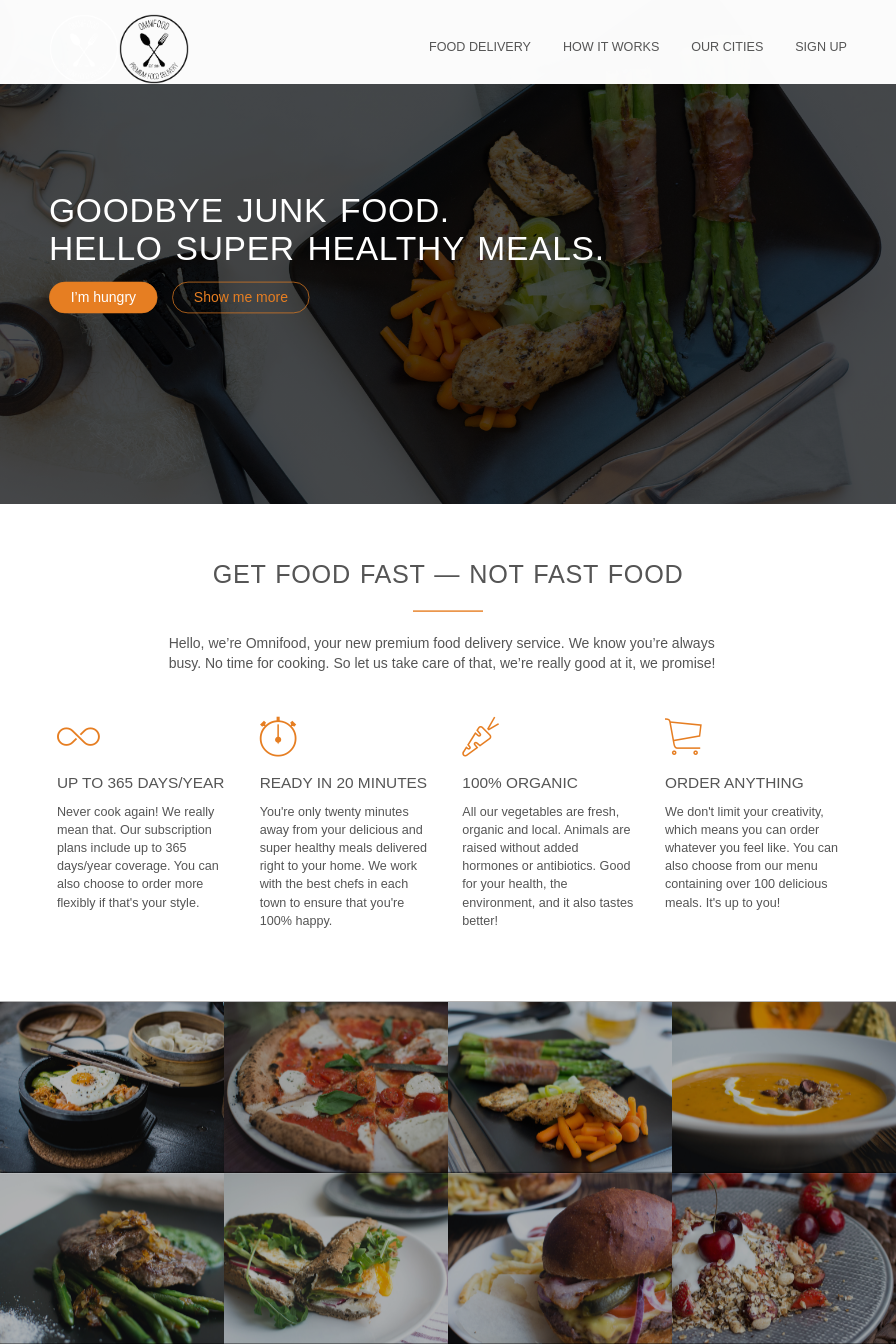
Repository: pboi18/E-Foods
Page: index.html
An editor plug-in stored every save of this project. The page is shown before and after the next save, followed by the edit.
The browser window is 1280 px wide. The pictures show the part of the page from y = 0 to 1920 px (the page is 5416 px tall), at 70% of full size.
Backgrounds fixed to the window are drawn as part of the page. Some web libraries are served in a nearby version.

Above is the page before, as saved 2020-07-25 14:33:28.

### index.html
<!DOCTYPE html>
<html lang="en">
   <head>
      <meta name="viewport" content="width=device-width, initial-scale=1.0">
      <meta http-equiv="Content-Type" content="text/html;charset=UTF-8">
      <link rel="stylesheet" href="vendors/css/normalize.css">
      <link rel="stylesheet" href="vendors/css/7.1 Grid.css">
      <link rel="stylesheet" href="vendors/css/ionicons.min.css">
      <link rel="stylesheet" href="resources/css/style.css">
      <link rel="stylesheet" href="resources/css/quaries.css">
      <link href='http://fonts.googleapis.com/css?family=Lato:100,300,400,300italic' rel='stylesheet' type='text/css'>
      <title>Ominifoods</title>
   </head>

   <body>
      <header>
         <nav class="sticky">
               <div class="row">
                  <img src="resources/img/logo-white.png" alt="Ominifood logo" class="logo">
                  <img src="resources/img/logo.png" alt="Ominifood logo" class="logo">

                  <ul class="main-nav">
                     <li><a href="#">Food delivery</a></li>
                     <li><a href="#">How it works</a></li>
                     <li><a href="#">Our cities</a></li>
                     <li><a href="#">Sign up</a></li>
                  </ul>

               </div>
         </nav>
         <div class="hero-text-box">
               <h1>Goodbye junk food. <br> Hello super healthy meals.</h1>
               <a href="#" class="btn btn-full">I’m hungry </a>
               <a href="#" class="btn btn-ghost">Show me more </a>
         </div>

      </header>

      <section class="section-features">
         <div class="row">
               <h2>Get food fast &mdash; not fast food</h2>
               <p class="long-copy">
                  Hello, we’re Omnifood, your new premium food delivery service. We know you’re always busy. No time for cooking. So let us take care of that, we’re really good at it, we promise!
               </p>
         </div>

         <div class="row">
               <div class="col span-1-of-4 box">
                  <i class="ion-ios-infinite-outline icon-big"></i>
                  <h3>Up to 365 days/year</h3>
                  <p>
                     Never cook again! We
                     really mean that. Our subscription
                     plans include up to 365
                     days/year coverage. You can
                     also choose to order more
                     flexibly if that's your style.
                  </p>
               </div>

               <div class="col span-1-of-4 box">
                  <i class="ion-ios-stopwatch-outline icon-big"></i>
                  <h3>Ready in 20 minutes</h3>
                  <p>
                     You're only twenty minutes
                     away from your delicious and
                     super healthy meals delivered
                     right to your home. We work
                     with the best chefs in each
                     town to ensure that you're
                     100% happy.
                  </p>
               </div>

               <div class="col span-1-of-4 box">
                  <i class="ion-ios-nutrition-outline icon-big"></i>
                  <h3>100% organic</h3>
                  <p>
                     All our vegetables are fresh, organic and local. Animals are raised without added hormones or antibiotics. Good for your health, the environment, and it also tastes better!
                  </p>
               </div>

               <div class="col span-1-of-4 box">
                  <i class="ion-ios-cart-outline icon-big"></i>
                  <h3>Order anything</h3>
                  <p>
                     We don't limit your creativity, which means you can order whatever you feel like. You can also choose from our menu containing over 100 delicious meals. It's up to you!
                  </p>
               </div>
         </div>
      </section>

      <section class="section-meals">
         <ul class="meals-showcase clearfix">
               <li>
                  <figure class="meal-photo">
                     <img src="resources/img/1.jpg" alt="Korean bibimbap with egg and vegetables">
                  </figure>
               </li>
               <li>
                  <figure class="meal-photo">
                     <img src="resources/img/2.jpg" alt="Simple italian pizza with cherry tomatoes">
                  </figure>
               </li>
               <li>
                  <figure class="meal-photo">
                     <img src="resources/img/3.jpg" alt="Chicken breast steak with vegetables ">
                  </figure>
               </li>
               <li>
                  <figure class="meal-photo">
                     <img src="resources/img/4.jpg" alt="Autumn pumpkin soup">
                  </figure>
               </li>
         </ul>

         <ul class="meals-showcase clearfix">
               <li>
                  <figure class="meal-photo">
                     <img src="resources/img/5.jpg" alt="Paleo beef steak with vegetables">
                  </figure>
               </li>
               <li>
                  <figure class="meal-photo">
                     <img src="resources/img/6.jpg" alt="Healthy baguette with egg and vegetables">
                  </figure>
               </li>
               <li>
                  <figure class="meal-photo">
                     <img src="resources/img/7.jpg" alt="Burger with cheddar and bacon">
                  </figure>
               </li>
               <li>
                  <figure class="meal-photo">
                     <img src="resources/img/8.jpg" alt="Granola with cherries and strawberries">
                  </figure>
               </li>
         </ul>
      </section>

      <section class="section-steps">
         <div class="row">
               <h2>How it works &mdash; Simple as 1, 2, 3</h2>
         </div>
         <div class="row">
               <div class="col span-1-of-2 steps-box">
                  <img src="resources/img/app-iPhone.png" alt="Ominifood app on iphone" class="app-screen">
               </div>

               <div class="col span-1-of-2 steps-box">
                  <div class="works-step">
                     <div>1</div>
                     <p>Choose the subscription plan that best fits your needs and sign up today.</p>
                  </div>
                  <div class="works-step">
                     <div>2</div>
                     <p>Order your delicious meal using our mobile app or website. Or you can even call us!</p>
                  </div>
                  <div class="works-step">
                     <div>3</div>
                     <p>Enjoy your meal after less than 20 minutes. See you the next time!</p>
                  </div>

                  <a href="#" class="btn-app">
                     <img src="resources/img/download-app.png " alt="App Store Button">
                  </a>
                  <a href="#" class="btn-app" >
                     <img src="resources/img/download-app-android.png" alt="play Store Button">
                  </a>

               </div>
         </div>
      </section>


      <section class="section-cities">
         <div class="row">
            <h2>
               We're currently in these cities
            </h2>
         </div>

         <div class="row">
            <div class="col span-1-of-4 box">
               <img src="resources/img/lisbon-3.jpg" alt="Lisbon">
               <h3>Lisbon</h3>
               <div class="city-feature">
                  <i class="ion-ios-person icon-small"></i>
                  1600+ happy eaters
               </div>
               <div class="city-feature">
                  <i class="ion-ios-star icon-small"></i>
                  60+ top chefs
               </div>
               <div class="city-feature">
                  <i class="ion-social-twitter icon-small"></i>
                  <a href="#">@omnifood_lx</a>
               </div>
            </div>

            <div class="col span-1-of-4 box">
               <img src="resources/img/san-francisco.jpg" alt="San Francisco">
               <h3>San Francisco</h3>
               <div class="city-feature">
                  <i class="ion-ios-person icon-small"></i>
                  3700+ happy eaters
               </div>
               <div class="city-feature">
                  <i class="ion-ios-star icon-small"></i>
                  160+ top chefs
               </div>
               <div class="city-feature">
                  <i class="ion-social-twitter icon-small"></i>
                  <a href="#">@omnifood_sf</a>
               </div>
            </div>

            <div class="col span-1-of-4 box">
               <img src="resources/img/berlin.jpg" alt="Berlin">
               <h3>Berlin</h3>
               <div class="city-feature">
                  <i class="ion-ios-person icon-small"></i>
                  2300+ happy eaters
               </div>
               <div class="city-feature">
                  <i class="ion-ios-star icon-small"></i>
                  110+ top chefs
               </div>
               <div class="city-feature">
                  <i class="ion-social-twitter icon-small"></i>
                  <a href="#">@omnifood_berlin</a>
               </div>
            </div>

            <div class="col span-1-of-4 box">
               <img src="resources/img/london.jpg" alt="London">
               <h3>London</h3>
               <div class="city-feature">
                  <i class="ion-ios-person icon-small"></i>
                  1200+ happy eaters
               </div>
               <div class="city-feature">
                  <i class="ion-ios-star icon-small"></i>
                  50+ top chefs
               </div>
               <div class="city-feature">
                  <i class="ion-social-twitter icon-small"></i>
                  <a href="#">@omnifood_london</a>
               </div>
            </div>
         </div>


      </section>

      <section class="section-testimonials">
         <div class="row">
            <h2>Our customers can't live without us</h2>
         </div>

         <div class="row">
            <div class="col span-1-of-3">
               <blockquote>
                  Omnifood is just awesome! I just launched a startup which leaves me with no time for cooking, so Omnifood is a life-saver. Now that I got used to it, I couldn't live without my daily meals!
                  <cite><img src="resources/img/customer-1.jpg" alt="">Alberto Duncan</cite>
               </blockquote>
            </div>

            <div class="col span-1-of-3">
               <blockquote>
                  Inexpensive, healthy and great-tasting meals, delivered right to my home. We have lots of food delivery here in Lisbon, but no one comes even close to Omifood. Me and my family are so in love!
                  <cite><img src="resources/img/customer-2.jpg" alt="">Joana Silva</cite>
               </blockquote>
            </div>

            <div class="col span-1-of-3">
               <blockquote>
                  I was looking for a quick and easy food delivery service in San Franciso. I tried a lot of them and ended up with Omnifood. Best food delivery service in the Bay Area. Keep up the great work!
                  <cite><img src="resources/img/customer-3.jpg" alt="">Milton Chapman</cite>
               </blockquote>
            </div>
         </div>
      </section>

      <section class="section-plans">
         <div class="row">
            <h2>Start eating healthy today</h2>
         </div>
         <div class="row">
            <div class="col span-1-of-3">
               <div class="plan-box">
                  <div>
                     <h3>Premium</h3>
                     <p class="plan-price">399$ <span>/ month</span></p>
                     <p class="plan-price-meal">That’s only 13.30$ / meal</p>
                  </div>
                  <div>
                     <ul>
                        <li><i class="ion-ios-checkmark-empty icon-small"></i>1 meal every day</li>
                        <li><i class="ion-ios-checkmark-empty icon-small"></i>Order 24/7</li>
                        <li><i class="ion-ios-checkmark-empty icon-small"></i>Access to newest creations</li>
                        <li><i class="ion-ios-checkmark-empty icon-small"></i>Free delivery</li>
                     </ul>
                  </div>
                  <div>
                     <a href="#" class="btn btn-full" >Sign up now </a>
                  </div>
               </div>
            </div>

            <div class="col span-1-of-3">
               <div class="plan-box">
                  <div>
                     <h3>Pro</h3>
                     <p class="plan-price">149$ <span>/ month</span></p>
                     <p class="plan-price-meal">That’s only 14.90$ / meal</p>
                  </div>
                  <div>
                     <ul>
                        <li><i class="ion-ios-checkmark-empty icon-small"></i>1 meal every day</li>
                        <li><i class="ion-ios-checkmark-empty icon-small"></i>Order 24/7</li>
                        <li><i class="ion-ios-checkmark-empty icon-small"></i>Access to newest creations</li>
                        <li><i class="ion-ios-checkmark-empty icon-small"></i>Free delivery</li>
                     </ul>
                  </div>
                  <div>
                     <a href="#" class="btn btn-ghost" >Sign up now </a>
                  </div>
               </div>
            </div>

            <div class="col span-1-of-3">
               <div class="plan-box">
                  <div>
                     <h3>Starter</h3>
                     <p class="plan-price">19$ <span>/ meal</span></p>
                     <p class="plan-price-meal"> &nbsp; </p>
                  </div>
                  <div>
                     <ul>
                        <li><i class="ion-ios-checkmark-empty icon-small"></i>1 meal</li>
                        <li><i class="ion-ios-checkmark-empty icon-small"></i>Order from 8 am to 12 pm</li>
                        <li><i class="ion-ios-close-empty icon-small"></i>Access to newest creations</li>
                        <li><i class="ion-ios-checkmark-empty icon-small"></i>Free delivery</li>
                     </ul>
                  </div>
                  <div>
                     <a href="#" class="btn btn-ghost" >Sign up now </a>
                  </div>
               </div>
            </div>
         </div>
      </section>

      <section class="section-form">
         <div class="row">
            <h2>We're happy to hear from you</h2>
         </div>

         <div class="row">
            <form action="#" method="post" class="contact-form" >
               <div class="row">
                  <div class="col span-1-of-3">
                     <label for="name">Name</label>
                  </div>
                  <div class="col span-2-of-3">
                     <input type="text" name="name" id="name" placeholder="Your name" requried>
                  </div>
               </div>
               <div class="row">
                  <div class="col span-1-of-3">
                     <label for="email">Email</label>
                  </div>
                  <div class="col span-2-of-3">
                     <input type="email" name="email" id="email" placeholder="Your email" requried>
                  </div>
               </div>
               <div class="row">
                  <div class="col span-1-of-3">
                     <label for="find-us">How did you find us?</label>
                  </div>
                  <div class="col span-2-of-3">
                     <select name="find us" id="find-us" required>
                        <option value="None">None</option>
                        <option value="friends">Friends</option>
                        <option value="Social Media">Social Media</option>
                        <option value="Search Engines">Search Engines</option>
                        <option value="Advertisement">Advertisement</option>
                        <option value="Others">Others</option>

                     </select>
                  </div>
               </div>
               <div class="row">
                  <div class="col span-1-of-3">
                     <label for="newsletter">Newsletter</label>
                  </div>
                  <div class="col span-2-of-3">
                     <input type="checkbox" name="checkbox" id="newsletter" >
                  </div>
               </div>
               <div class="row">
                  <div class="col span-1-of-3">
                     <label for="message">Drop us a line</label>
                  </div>
                  <div class="col span-2-of-3">
                     <textarea name="message" id="message" ></textarea>
                  </div>
               </div>
               <div class="row">
                  <div class="col span-1-of-3">
                     <label for="">&nbsp;</label>
                  </div>
                  <div class="col span-2-of-3">
                     <input type="submit" value="Send it!">
                  </div>
               </div>
            </form>
         </div>
      </section>

      <footer>
         <div class="row">
            <div class="col span-1-of-2">
               <ul class="footer-nav">
                  <li><a href="#">About us</a></li>
                  <li><a href="#">Blog </a></li>
                  <li><a href="#">Press</a></li>
                  <li><a href="#">iOS App</a></li>
                  <li><a href="#">Android App</a></li>
               </ul>
            </div>
            <div class="col span-1-of-2">
               <ul class="social-links">
                  <li><a href="#"><i class="ion-social-facebook"></i></a></li>
                  <li><a href="#"><i class="ion-social-twitter"></i></a></li>
                  <li><a href="#"><i class="ion-social-googleplus"></i></a></li>
                  <li><a href="#"><i class="ion-social-instagram"></i></a></li>
               </ul>
            </div>
         </div>
         <div class="row">
            <p>
               Copyright &copy; 2020 by Ominifood. All right reserved
            </p>
         </div>
      </footer>

   <script src="https://ajax.googleapis.com/ajax/libs/jquery/1.11.2/jquery.min.js"></script>
   <script src="//cdn.jsdelivr.net/respond/1.4.2/respond.min.js"></script>
   <script src="//cdn.jsdelivr.net/html5shiv/3.7.2/html5shiv.min.js"></script>
   <script src="//cdn.jsdelivr.net/selectivizr/1.0.3b/selectivizr.min.js"></script>
   <script src="vendors/js/jquery.waypoints.min.js"></script>
   <script src="vendors/js/jquery.js"></script>
   <script src="resources/js/script.js"></script>
   </body>



   <script>
      (function(i,s,o,g,r,a,m){i['GoogleAnalyticsObject']=r;i[r]=i[r]||function(){
      (i[r].q=i[r].q||[]).push(arguments)},i[r].l=1*new Date();a=s.createElement(o),
      m=s.getElementsByTagName(o)[0];a.async=1;a.src=g;m.parentNode.insertBefore(a,m)
      })(window,document,'script','//www.google-analytics.com/analytics.js','ga');

      ga('create', 'UA-61026110-2', 'auto');
      ga('send', 'pageview');

   </script>


</html>

### resources/css/quaries.css

/* from bg tab to 1200px (widths smaller than the 1140 row) */
@media only screen and (max-width: 1200px) {

    .hero-text-box {
        width: 100%;
        padding:  0 2%;
    }

    .row {
        padding: 0 2%;
    }


}


/* sm tab - bg tab: 768 - 1023px */
@media only screen and (max-width: 1023px) {
    body {
        font-size: 18px;
    }

    section {

        padding: 60px 0;
    }

    .long-copy {
        width: 80%;
        margin-left: 10%;
    }

    .steps-box { margin-top: 10px;}
    .steps-box:last-child { margin-top: 10px;}
    .works-step { margin-bottom: 40px;}
    .works-step:last-of-type { margin-bottom: 60px;}

    .app-screen { width: 50%;}

    .icon-small {
        width: 17px;
        margin-right: 5px;
    }

    .city-featurev{
        font-size: 90%;
    }

    .plan-box {
        width: 100%;
        margin-left: 0%;
    }

    .plan-price {
        font-size: 250%;
    }

    .contact-form{
        width: 80%;
    }
}

/* small phones to small tablets: from 481px - 767px */
@media only screen and (max-width: 767px) {


    body {
        font-size: 16px;
    }
    section {
        padding: 36px 0;
    }

    .row ,
    .hero-text-box {
        padding: 0 4%;
    }

    .col {
        width: 100%;
        margin: 0 0 4% 0;
    }

    .main-nav {
        display: none;
    }

    h1 {
        font-size: 180%;
    }
    h2 {
        font-size: 150%;
    }

    .long-copy {
        width: 100%;
        margin-left: 0%;
    }

    .steps-box:first-child {
        text-align: center;
    }
    .app-screen {
        width: 40%;
    }
    .works-step { margin-bottom: 35px;}
    .works-step:last-of-type { margin-bottom: 40px;}
    .works-step div {
        height: 40px;
        width: 40px;
        margin-right: 15px;
        padding: 4px;
        font-size: 120%;
    }
}


/* small phones: from 0 - 480px */
@media only screen and (max-width: 480px){
    .section {
        padding: 25px 0;
    }
    .contact-form {
        width: 100%;
    }
    .btn-app img {
        margin-right: 0px;  /* <<<------ check back later --->> */
    }
}

Loaded but not shown: vendors/css/normalize.css (library); vendors/css/7.1 Grid.css (library); vendors/css/ionicons.min.css (library); vendors/js/jquery.waypoints.min.js (library); vendors/js/jquery.js (library); resources/js/script.js (library); resources/css/style.css (610 lines, source omitted)

After the next save:
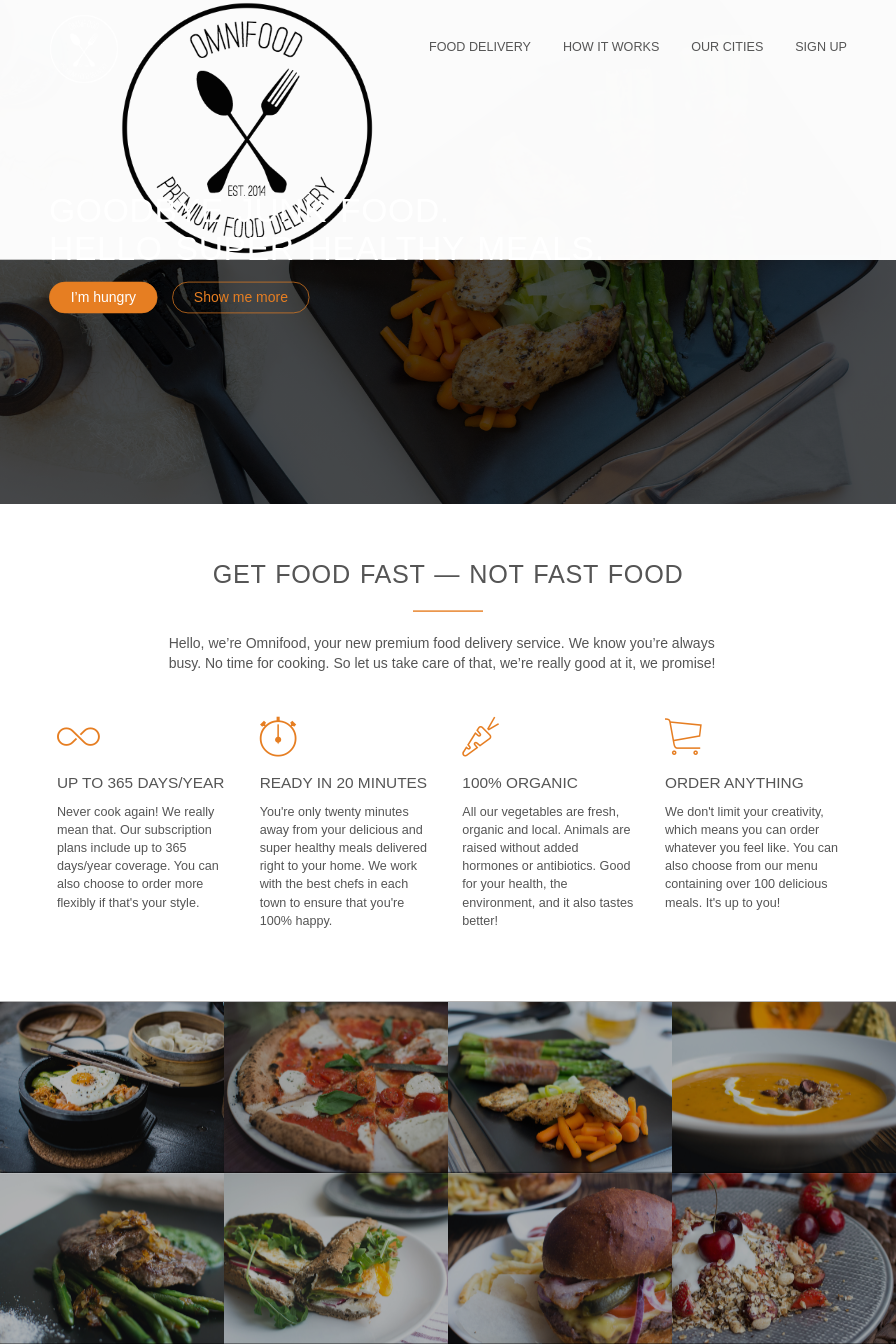
Saved 15 s later.
--- a/index.html
+++ b/index.html
@@ -17,7 +17,7 @@
          <nav class="sticky">
                <div class="row">
                   <img src="resources/img/logo-white.png" alt="Ominifood logo" class="logo">
-                  <img src="resources/img/logo.png" alt="Ominifood logo" class="logo">
+                  <img src="resources/img/logo.png" alt="Ominifood logo" class="logo-black">
 
                   <ul class="main-nav">
                      <li><a href="#">Food delivery</a></li>
